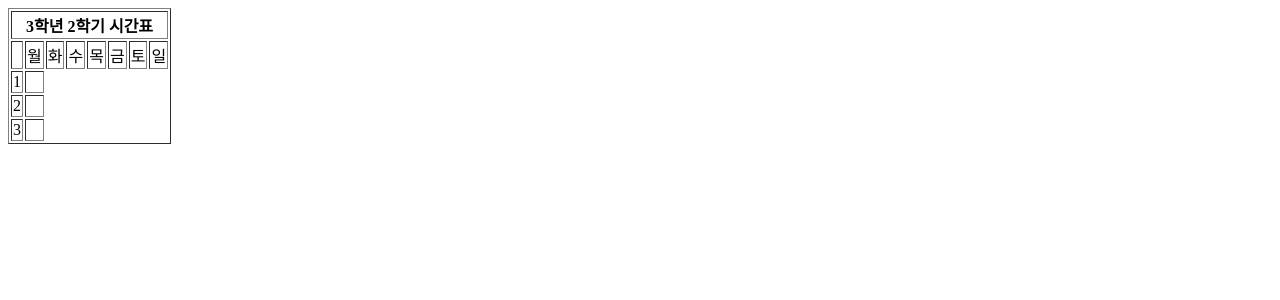
Repository: Cha-Ji/InternetProgramming
Page: week01/WebContent/hw04.html
These files come from the project's save history. The page is drawn as it stood at one moment and after the next save; the edit follows.
The browser window is 1280 px wide. The pictures show the whole page.

Above is the page before, as saved 2020-09-06 13:06:51.

### week01/WebContent/hw04.html
<!DOCTYPE html>
<html>
<head>
<meta charset="UTF-8">
<title>3-2 시간표</title>
</head>
<body>
	<table border="1">
	<th colspan = "8">3학년 2학기 시간표</th>
	<tr width = "1000"><!-- 0.요일 -->
	    <td></td><td>월</td><td>화</td><td>수</td><td>목</td><td>금</td><td>토</td><td>일</td>
	</tr>
	<tr><!-- 1. 1교시  -->
	    <td>1</td>
	    <td></td>
	</tr>
	<tr><!-- 2. 2교시  -->
	    <td>2</td>
	    <td></td>
	</tr>
	<tr><!-- 3. 3교시  -->
	    <td>3</td>
	    <td></td>
	</tr>

    </table>
</body>
</html>

After the next save:
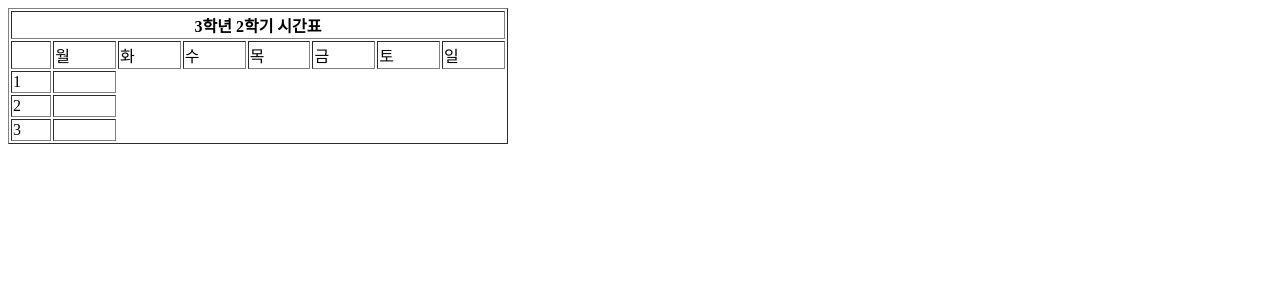
Saved 29 s later.
--- a/week01/WebContent/hw04.html
+++ b/week01/WebContent/hw04.html
@@ -5,9 +5,9 @@
 <title>3-2 시간표</title>
 </head>
 <body>
-	<table border="1">
+	<table border="1" width ="500" >
 	<th colspan = "8">3학년 2학기 시간표</th>
-	<tr width = "1000"><!-- 0.요일 -->
+	<tr><!-- 0.요일 -->
 	    <td></td><td>월</td><td>화</td><td>수</td><td>목</td><td>금</td><td>토</td><td>일</td>
 	</tr>
 	<tr><!-- 1. 1교시  -->
